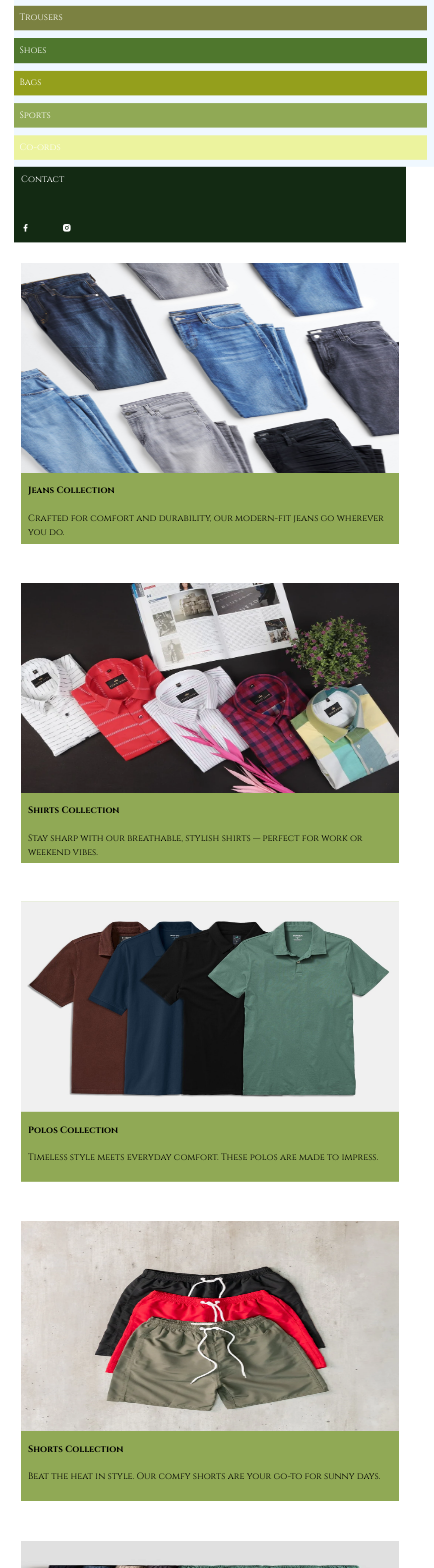
Repository: EguJaredoBoyd/Manson-Shop
Page: index.html
The author's editor kept a copy of each file at every save. The page is drawn from the files as they stood at one save, then again after the next save.
The browser window is 600 px wide. The page is 620 px wide, so the pictures cover 620 px, including what lies to the right of the window. The pictures show the part of the page from y = 315 to 2555 px (the page is 6134 px tall before and 6142 px after), at 70% of full size.
Some web libraries are served in a nearby version.

Above is the page before, as saved 2025-04-27 15:00:36.

### index.html
<!DOCTYPE html>
<html lang="en">
<head>
    <meta charset="UTF-8">
    <meta name="viewport" content="width=device-width, initial-scale=1.0">
    <title>Manson | Shop</title>
    <link href="https://cdn.jsdelivr.net/npm/remixicon@4.5.0/fonts/remixicon.css" rel="stylesheet" />
    <link rel="preconnect" href="https://fonts.googleapis.com">
    <link rel="preconnect" href="https://fonts.gstatic.com" crossorigin>
    <link href="https://fonts.googleapis.com/css2?family=Cinzel:wght@400..900&display=swap" rel="stylesheet">
    <link rel="preconnect" href="https://fonts.googleapis.com">
    <link rel="preconnect" href="https://fonts.gstatic.com" crossorigin>
    <link href="https://fonts.googleapis.com/css2?family=Cinzel:wght@400..900&family=Cormorant+Garamond:ital,wght@0,300..700;1,300..700&display=swap" rel="stylesheet">
    <link rel="stylesheet" href="style.css">
    <link rel="stylesheet" href="tablet.css">
    <link rel="stylesheet" href="mobile.css">
    <script src="script.js" defer></script>
</head>
<body>

    <header>
        <div class="h-container">
            <h1 class="header1">DE JOE'S EMPIRE</h1>

            <ul class="nav1">
                <li>
                    <a href="shirts.html">Next</a>
                </li>
                <button id="hamburger-menu" aria-label="open navigation menu">
                    <i class="ri-menu-fill"></i>
                </button>
            </ul>
        </div>


        <nav id="nav-links" class="show">

            <ul>
                <h3 class="products">Products:</h3>
                <li class="first">
                    <a href="shirts.html">Shirts</a>
                </li>
                <li class="second">
                    <a href="polos.html">Polos</a>
                </li>
                <li class="third">
                    <a href="jeans.html">Jeans</a>
                </li>
                <li class="fourth">
                    <a href="shorts.html">Shorts</a>
                </li>
                <li class="fifth">
                    <a href="trousers.html">Trousers</a>
                </li>
                <li class="sixth">
                    <a href="shoes.html">Shoes</a>
                </li>
                <li class="seventh">
                    <a href="bags.html">Bags</a>
                </li>
                <li class="eighth">
                    <a href="sports.html">Sports</a>
                </li>
                <li class="ninth">
                    <a href="co-ords.html">Co-ords</a>
                </li>
            </ul>

        </nav>

        <hr>

    </header>



    <menu>
        <img src="./images/ChatGPT Image Apr 27, 2025, 02_15_14 PM.png" alt="Manson Joseph">
        <h2>Manson</h2>
        <ul>
            <li><a href="#story">History</a></li>
            <li><a href="#about">About</a></li>
            <li><a href="#contact-h2">Contact</a></li>
        </ul>
        <div class="socials">
            <a href="https://www.facebook.com/share/164XzvxUdb/"><i class="ri-facebook-fill"></i></a>
            <a href="https://www.instagram.com/joeselfy?igsh=cjF5MmF5czllY3p5"><i class="ri-instagram-fill"></i></a>
        </div>


    </menu>

    <main>
        <a href="jeans.html">
            <section class="jeans">
                <img src="./images/jeans.jpeg" alt="Jeans">
                <h3>Jeans Collection</h3>
                <p>Crafted for comfort and durability, our modern-fit jeans go wherever you do.</p>
            </section>
        </a>


        <a href="shirts.html">
            <section class="shirts">
                <img src="./images/shirts.webp" alt="Shirts">
                <h3>Shirts Collection</h3>
                <p>Stay sharp with our breathable, stylish shirts — perfect for work or weekend vibes.</p>
            </section>
        </a>

        <a href="polos.html">
            <section class="polos">
                <img src="./images/polos.jpg" alt="Polos">
                <h3>Polos Collection</h3>
                <p>Timeless style meets everyday comfort. These polos are made to impress.</p>
            </section>
        </a>

        <a href="shorts.html">
            <section class="shorts">
                <img src="./images/shorts.webp" alt="Shorts" width="350" height="350">
                <h3>Shorts Collection</h3>
                <p>Beat the heat in style. Our comfy shorts are your go-to for sunny days.</p>
            </section>
        </a>

        <a href="trousers.html">
            <section class="trousers">
                <img src="./images/trousers.jpg" alt="Trousers" width="350" height="350">
                <h3>Trousers Collection</h3>
                <p>Look sharp and feel confident — ideal for office wear or special occasions.</p>
            </section>
        </a>

        <a href="shoes.html">
            <section class="slippers">
                <img src="./images/slippers.jpg" alt="slippers">
                <h3>Slippers Collection</h3>
                <p>Slide into all-day ease with lightweight slippers built for comfort and convenience.</p>
            </section>
        </a>

        <a href="sports.html">
            <section class="sports">
                <img src="./images/sports/photo_3_2025-04-22_15-19-01.jpg" alt="sports cloth">
                <h3>Sports-wear Collection</h3>
                <p>Built for performance, designed for style. From workouts to weekend wear, our sportswear keeps you moving in
                    comfort and
                    confidence.</p>
            </section>
        </a>

        <a href="bags.html">
            <section class="bags">
                <img src="./images/bags/photo_3_2025-04-22_18-10-07.jpg" alt="bags">
                <h3>Bags Collection</h3>
                <p>Stylish, functional, and ready for every moment. From everyday totes to compact crossbodies and travel bags, our
                    collection has the perfect carry for any occasion.</p>
            </section>
        </a>

        <a href="co-ords.html">
            <section class="matching-ensemble">
                <img src="./images/matching-ensemble/photo_1_2025-04-22_18-05-29.jpg" alt="matching-ensemble">
                <h3>Matching Ensemble</h3>
                <p>Effortless style, perfectly paired. Our matching sets are designed for comfort, coordination, and standout looks
                    —
                    wherever the day takes you.</p>
            </section>
        </a>

    </main>

    <footer>
        <h2 class="story" id="story">Our Story</h2>
        <div>
            <p>Founded with a passion for style and self-expression, De Joe's Empire began as a small boutique with a big dream — to
            bring bold, beautiful fashion to everyday wardrobes. From humble beginnings, we’ve grown into a go-to destination for
            trendsetters and fashion lovers who crave something fresh, unique, and unapologetically them.

            Inspired by the vibrant energy of street style and the elegance of timeless classics, our collections blend modern flair
            with quality craftsmanship. Every piece tells a story — of confidence, creativity, and individuality.

            Whether you're dressing up, dressing down, or somewhere in between, we're here to help you do it with style.</p>
        </div>
        <h2 class="about" id="about">About Us</h2>
        <div>
            <p>At De Joe's Empire, fashion knows no limits. We create and curate a wide variety of styles for men, women, and kids —
            from everyday casual to elegant formal, bold streetwear to timeless traditionals. Whether you're dressing for a special
            occasion or just expressing your everyday vibe, we've got something for you.

            Every piece in our collection is chosen with care, crafted to bring comfort, confidence, and creativity into your
            wardrobe. We believe fashion should be inclusive, expressive, and always evolving — just like you.

            Step into our world of style, where everyone is welcome and every look tells a story.</p>
        </div>
        <h2 class="contact-h2" id="contact-h2">Contact Us</h2>
        <div class="contact2">
            <div class="whatsapp">
                <a href="https://wa.me/+2349063362483">
                    <img src="./images/whatsappIcon3.svg" alt="My Whatsapp Line">
                    <p>WhatsApp</p>
                </a>

            </div>
            <div class="location">
                <a href="https://maps.app.goo.gl/wZu87f6q68iAi74c8">
                    <img src="./images/211854_location_icon.png" alt="My Location">
                    <p>Aba, Abia State</p>
                </a>

            </div>
            <div class="phone-line">
                <a href="tell:+2348061718282">
                    <img src="./images/352510_local_phone_icon.svg" alt="My Phone Line">
                    <p>+2348061718282</p>
                </a>

            </div>
        </div>
        <hr>
        <form action="https://formspree.io/f/xdkgovbw" method="post" target="_blank">
            <label for="name">Name</label>
            <input type="text" id="name">
            <label for="number">Number</label>
            <input type="number" id="number">
            <label for="message">Message</label>
            <textarea name="text" id="message" placeholder="Write Your Message..."></textarea>
            <button type="submit" id="button">
                <i class="ri-send-plane-line"></i>
                Send Message
            </button>
        </form>
        <p class="last">We are the best in this clothing business.</p>
    </footer>


</body>
</html>

### style.css
*{
    margin: 0;
    font-family: "Cinzel", "serif";
    line-height: 1.5rem;
    font-size: small;


}
html{
    scroll-behavior: smooth;

}
:root{
    --primary-color:#132A13;
    --secondary-color:#31572C;
    --background-color:#4F772D;
    --section-color:#90A955;
    --other-color:#ECF39E;
    --all-color: rgb(255, 255, 255);

}

body{
    display: grid;
    grid-template-areas:
    "menu header header header"
    "menu main main main"
    "menu main main main"
    "menu footer footer footer";



}
header{
    grid-area: header;
    background-color: var(--all-color);
    color: black;
    padding-left: 100px;
    margin-left: 150px;

}
#hamburger-menu{
    display: none;
}
#nav-links{
    display: block;
}
.h-container {
    display: flex;
    gap: 2rem;
}
.nav1{
    display: flex;
    gap: 2rem;
    justify-content: flex-end;
    margin-left: auto;
}
.nav1 a{
    color: #949f1c;
    transition: all 0.5s ease-in-out;
}
.nav1 a:hover{
    color: white;
    background-color: #023102;
    padding: 0.5rem;
}
.first{
    background-color: var(--secondary-color);
}
.second{
    background-color: var(--background-color);
}
.third{
    background-color: var(--section-color);
}
.fourth{
    background-color: var(--other-color);
}
.first, .second, .third, .fourth, .fifth, .sixth, .seventh,
.eighth, .ninth{
    padding-top: 0.6rem;
    padding-bottom: 0.6rem;
}
.fifth{
    background-color: #7b8141;
}
.sixth{
    background-color: #4F772D;
}
.seventh{
    background-color: #949f1c;
}
.eighth{
    background-color: #90A955;
}
.ninth{
    background-color: #ECF39E;
}
.tenth{
    background-color: #023102;
}
.eleventh{
    background-color: #949f1c;
}
.twelfth{
    background-color:#023102;
}
.twelfth2{
    background-color: #023102;
    margin-left: auto;
}
header h1{
    color: #949f1c;
}
header nav ul{
    display: flex;
    justify-content: flex-start;
    gap: 20px;
    padding-left: 0;
    padding-top: 50px;
    color: black;
}
header nav ul li a{
    color: white;
    font-size: 1rem;
    padding: 0.6rem;
    transition: all 0.5s ease-in-out;
    font-size: 1rem;
}
header nav ul li a:hover{
    background-color: #132A13;
    padding-top: 1rem;
    padding-bottom: 1rem;
    cursor: pointer;
    position: relative;

}
.tenth{
    margin-left: auto;
}
.products{
    font-size: 1rem;
}
header hr{
    background-color: rgba(202, 222, 202, 0.5);
    height: 5px;
}
a{
    color: black;
    text-decoration: none;

}
ul li{
    list-style-type: none;
    color: white;

}

menu{
    grid-area: menu;
    background-color: var(--primary-color);
    padding-left: 0;
    position: fixed;
    height: 100%;
    margin-right: 10px;
}
menu img{
    width: 150px;
    height: 150px;
    border-radius: 50%;
    padding-bottom: 10px;
    margin: 50px;
}
menu h2{
    background: linear-gradient(to right, white, rgb(17, 32, 17));
    margin-bottom: 50px;
}
menu ul{
    display: flex;
    flex-direction: column;
    gap: 20px;
    padding-top: 10px;
    padding-left: 0;
    margin-bottom: 20px;

}
menu ul li a{
    display: block;
}
.socials{
    display: flex;
    gap: 2rem;
    transition: all 0.7s ease-in-out;

}
.socials :hover{
    background-color: #90A955;
    cursor: pointer;
    padding: 0.2rem;
    border-radius: 50%;

}
menu ul li:hover{
    background-color: #90A955;
    cursor: pointer;

}
menu a{
    color: white;
}

main{
    grid-area: main;
    display: grid;
    grid-template-areas:
    "jeans shirts polos"
    "shorts trousers slipppers"
    "sports bags matching-ensemble";
    gap: 1.25rem;
    margin-left: 250px;
    background-color: var(--all-color);

}
section{
    background-color: var(--section-color);
    border: black;
    margin-top: 20px;
    height: 500px;
    overflow-y: auto;

}
section img{
    width: 100%;
    height: 300px;
    transition: all ease-in-out;
}
section img:hover{
    opacity: 0.7;
}
section p{
    margin-left: 0;
}
footer{
    grid-area: footer;
    background-color:var(--all-color);
    margin-left: 150px;

}
footer div{
    display: flex;
}
footer div img{
    width: 50px;
    height: 50px;

}
footer form{
    display: flex;
    flex-direction: column;

}
footer form input, textarea{
    max-width: 80%;
}
footer form button{
    max-width: 10%;
}
footer input,textarea, button{
    height: 50px;
    margin-left: 150px;
}
form button img{
    width: 1rem;
    height: 1.25rem;
}
footer button{
    margin-top: 1.25rem;
    display: flex;
    flex-direction: column;
    background-color:#31572C;
    color: white;


}
footer button img{
    align-self: center;
    padding: 5px;
}
footer form label{
    margin-left: 150px;
}
footer h2, div div img, p{
    margin-left: 150px;
}
.story, .about, .contact-h2{
    margin-top: 3rem;
    margin-bottom: 1rem;

}
#name, #number, #message{
    padding-left: 10px;
}
#button{
    font-size: small;
}

.whatsapp , .location , .phone-line  {
    flex-direction: column;
    color: var(--all-color);
    align-items: center;
    justify-content: center;
    padding-right: 105px;
    margin-bottom: 50px;
    margin-top: 20px;
}
.whatsapp p, .location p, .phone-line p{
    color: var(--all-color);
}

.whatsapp{
    background-color: #132A13;
    padding-left: 0;
    margin-left: 150px;
}
.whatsapp:hover{
    background-color:#7b8141;
}

.location{
    background-color: var(--secondary-color);

}
.location:hover{
    background-color:#7b8141;
}
.phone-line{
    background-color: var(--background-color);
}
.phone-line:hover{
    background-color:#7b8141;
}
.last{
    margin-top: 20px;
    text-align: center;
}
footer hr{
    background-color: rgba(202, 222, 202, 0.5);
    height: 5px;
    margin-bottom: 20px;
}

### mobile.css
@media screen and (max-width: 767px){
    *{
        font-size: small;
    }
    html{
        margin: 20px;
    }
    menu{
        position: relative;
        margin-right: 0;
    }
    menu h2, ul, a{
        padding: 10px;
    }
    body{
        grid-template-areas:
        "header"
        "menu"
        "main"
        "footer";

    }
    header{
        margin-left: 0;
        padding-left: 0;
    }
    header nav ul{
        display: flex;
        flex-direction: column;
        gap: 11px;
        height: auto;

    }
    #hamburger-menu{
        display: contents;
        background: none;
        border: none;
        top: 0;
    }
    #hamburger-menu i {
        color: var(#949f1c);

    }
    #nav-links{
        display: none;
        position: absolute;
        background-color: aliceblue;
        margin-top: 0;
        width: 100%;
        z-index: 1000;


    }
    #nav-links.show{
        display:block;
    }
    menu img{
        margin-left: 30%;
    }

    main{
        grid-template-areas:
        "jeans"
        "shirts"
        "polos"
        "shorts"
        "trousers"
        "slippers"
        "sports"
        "bags"
        "matching-ensemble";
        margin-left: 0;
    }
    section{
        width: 100%;
        height: 400px;
    }
    section img{
        width: 100%;
    }
    section h3, p{
        padding: 10px;
    }
    footer{
        margin-left: 0;
    }
    .story, .about, .contact-h2{
        padding: 10px;
    }
    .contact2{
        flex-direction: column;
    }
    .whatsapp, .location, .phone-line{
        padding: 10px;
        margin-top: 0;
        margin-bottom: 0;

    }
    .whatsapp img, .location img, .phone-line img{
        justify-self: center;
    }
    .contact2{
        justify-content: center;
    }
    footer, input, textarea, button{
        margin-left: 0;
    }
    footer h2, div div img,p{
        margin-left: 0;
        display: flex;
        flex-wrap: wrap;
    }
    footer div img{
        height: 20px;
        width: 20px;
    }
    footer form label{
        margin-left: 35px;
    }
    footer form button{
        display: flex;
        align-items: center;
        max-width: 40%;

    }

    #name, #number, #message, #button{
        margin-left: 2.2rem;
    }
    #button{
        padding: 10px;
        gap: 10px;
        flex-direction: row;
        padding-bottom: 0;
    }

    .whatsapp{
        margin-left: 0;
    }
    .last{
        justify-self: center;
    }

}

### script.js
document.getElementById("hamburger-menu").addEventListener(
    "click", () => {
        document.getElementById("nav-links").classList.toggle("show");
    }
);

Loaded but not shown: tablet.css (no copy from this time; the picture is the same without it)

After the next save:
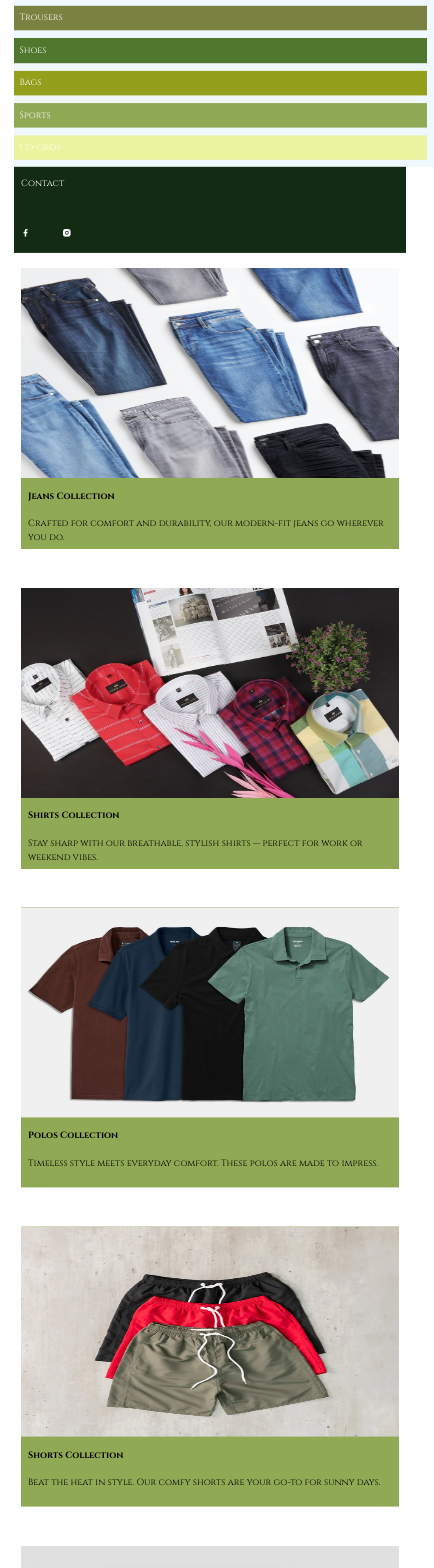
Saved 98 s later.
--- a/mobile.css
+++ b/mobile.css
@@ -8,6 +8,7 @@
     menu{
         position: relative;
         margin-right: 0;
+        margin-top: 0.6rem;
     }
     menu h2, ul, a{
         padding: 10px;
